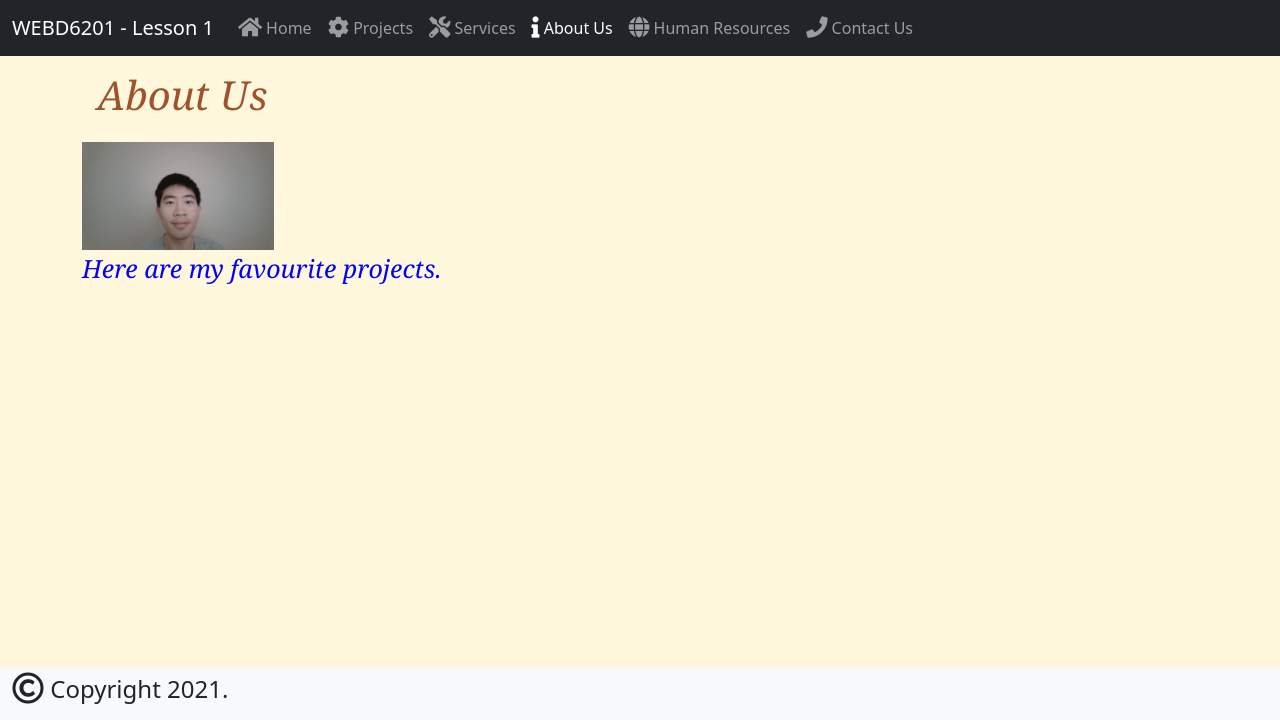
Repository: YiuWingLau/WEBD6201-W2021-Lab1
Page: about.html
The author's editor kept a copy of each file at every save. The page is drawn from the files as they stood at one save, then again after the next save.
The browser window is 1280 px wide. The pictures show the whole page.

Above is the page before, as saved 2021-02-04 15:21:03.

### about.html
<!DOCTYPE html>
<html lang="en">
<head>
    <meta charset="UTF-8">
    <meta name="viewport" content="width=device-width, initial-scale=1.0">
    <title>About</title>

    <!--CSS Section -->
    <link rel="stylesheet" href="./node_modules/bootstrap/dist/css/bootstrap.min.css">
    <link rel="stylesheet" href="./node_modules/@fortawesome//fontawesome-free/css/all.min.css">
    <link rel="stylesheet" href="./Content/app.css">
</head>
<body>
    <!-- Main Header-->
    <header>
      <!-- Main Navigation-->
      <nav class="navbar navbar-expand-lg navbar-dark bg-dark">
          <div class="container-fluid">
            <a class="navbar-brand" href="index.html">WEBD6201 - Lesson 1</a>
            <button class="navbar-toggler" type="button" data-bs-toggle="collapse" data-bs-target="#navbarSupportedContent" aria-controls="navbarSupportedContent" aria-expanded="false" aria-label="Toggle navigation">
              <span class="navbar-toggler-icon"></span>
            </button>
            <div class="collapse navbar-collapse" id="navbarSupportedContent">
              <ul class="navbar-nav me-auto mb-2 mb-lg-0">

                <li id="navBarIndex" class="nav-item">
                  <a class="nav-link" aria-current="page" href="index.html"><i class="fas fa-home fa-lg"></i> Home</a>
                </li>

                <li id="navBarProjects" class="nav-item">
                  <a class="nav-link" aria-current="page" href="products.html"><i class="fas fa-cog fa-lg"></i> Products</a>
                </li>

                <li id="navBarServices" class="nav-item">
                  <a class="nav-link" aria-current="page" href="services.html"><i class="fas fa-tools fa-lg"></i> Services</a>
                </li>

                <li id="navBarAboutUs" class="nav-item">
                  <a class="nav-link active" aria-current="page" href="about.html"><i class="fas fa-info fa-lg"></i> About Us</a>
                </li>

                <li id="navBarContactUs" class="nav-item">
                  <a class="nav-link" aria-current="page" href="contact.html"><i class="fas fa-phone fa-lg"></i> Contact Us</a>
                </li>

              </ul>
            </div>
          </div>
      </nav>
    </header>

    <!-- Main Content -->
    <main class="container">
        <h1>About Us</h1>
    </main>

    <!-- Main Footer -->
    <footer>
        <nav class="navbar fixed-bottom navbar-light bg-light">
            <div class="container-fluid">
              <h4><i class="far fa-copyright fa-lg"></i> Copyright 2021.</a></h4>
            </div>
        </nav>
    </footer>
    <!-- JavaScript Section -->
    <script src="./node_modules/jquery/dist/jquery.min.js"></script>
    <script src="./node_modules/bootstrap/dist/js/bootstrap.bundle.min.js"></script>
    <script src="./Scripts/app.js"></script>
</body>
</html>

### Content/app.css
h1 {
    padding: 15px;
    color: sienna;
    font-family: Cambria, Cochin, Georgia, Times, 'Times New Roman', serif;
    font-style: italic;
}

p {
    color: blue;
    font-family:Cambria, Cochin, Georgia, Times, 'Times New Roman', serif;
    font-style: italic;
    font-size: 25px;
    text-align: justify;
}

body {
    background-color: cornsilk;
}

#homePicture {
    width: 1000px;
    height: 600px;
}

### Scripts/app.js
/* custom JavaScript goes here */

//IIFE - Immediately Invoked Function Expression
//AKA - Anonymous Self-Executing Function
//Closure - limits scope leak

"use strict";

(function()
{
    function displayHome()
    {
        let myhomebackground = document.createElement("img");
        myhomebackground.setAttribute("id", "homePicture");
        myhomebackground.setAttribute("src", "./images/homepagebackground.jpg");
        myhomebackground.setAttribute("alt", "Computer Programmer");

        // Step 1. document.createElement
        let newParagraph = document.createElement("p");
        // Step 2. configure the element
        newParagraph.setAttribute("id", "paragraphTwo");
        newParagraph.textContent = "I'm welcome everyone to visit my site";
        // Step 3. select the parent element
        let mainContent = document.getElementsByTagName("main")[0];
        mainContent.appendChild(myhomebackground);
        // Step 4. Add / Insert the element
        mainContent.appendChild(newParagraph);
        //newParagraph.className = "fs-6";
    }

    function displayAbout()
    {
        //create new element Human Resources
        let myPicture = document.createElement("img");
        myPicture.setAttribute("id", "myImage");
        myPicture.setAttribute("src", "./images/img_me.jpg");
        myPicture.setAttribute("alt", "Nelson Lau");
        myPicture.setAttribute("width", "192");
        myPicture.setAttribute("height", "108");

        // Step 1. document.createElement
        let ParagraphOne = document.createElement("p");
        // Step 2. configure the element
        ParagraphOne.setAttribute("id", "myIntroduction");
        ParagraphOne.textContent = "Here are my favourite projects.";
        // Step 3. select the parent element
        let mainContent = document.getElementsByTagName("main")[0];
        mainContent.appendChild(myPicture);
        // Step 4. Add / Insert the element
        mainContent.appendChild(ParagraphOne);
        ParagraphOne.className = "fs-lg";

    }

    function displayProjects()
    {
        // Step 1. document.createElement
        let newParagraph = document.createElement("p");
        // Step 2. configure the element
        newParagraph.setAttribute("id", "myprojects");
        newParagraph.textContent = "Here are my famourite projects.";
        // Step 3. select the parent element
        let mainContent = document.getElementsByTagName("main")[0];
        // Step 4. Add / Insert the element
        mainContent.appendChild(newParagraph);
        newParagraph.className = "fs-12";
    }

    function displayHumanResources()
    {

    }

    function displayServices()
    {

        // another way of injecting content
        let paragraphDiv = document.createElement("div");
        let paragraphThree = `<p id="paragraphThree" class="fs-7 fw-bold">And this is the Third Paragraph</p>`;
        paragraphDiv.innerHTML = paragraphThree;

        // insertions

        // example of inserting before a node
        // newParagraph.before(paragraphDiv);

        // example of inserting after a node
        newParagraph.after(paragraphDiv);

        // deletions

        // example of removing a single element
        //paragraphOneElement.remove();

        // example of removeChild
       // mainContent.removeChild(paragraphOneElement);
        // update / modification
        //mainContent.firstElementChild.textContent = "Welcome Home!";
    }

    function displayContact()
    {
        let messageArea = document.getElementById("messageArea");
        messageArea.hidden = true;

        // form validation
        let fullName = document.getElementById("fullName");
        fullName.addEventListener("blur", function() {
            if(fullName.value.length < 2)
            {
                fullName.focus();
                fullName.select();
                messageArea.hidden = false;
                messageArea.className = "alert alert-danger";
                messageArea.textContent = "Please enter an appropriate Name";
            }
            else
            {
                messageArea.removeAttribute("class");
                messageArea.hidden = true;
            }
        });

        let sendButton = document.getElementById("sendButton");
        sendButton.addEventListener("click", function(event){
            //event.preventDefault();

            let contact = new Contact(fullName.value, contactNumber.value, emailAddress.value);

            if(contact.serialize())
            {
              localStorage.setItem((localStorage.length + 1).toString(), contact.serialize());
            }

        });
    }

    function displayContactList()
    {
      if (localStorage.length > 0)
      {
        let contactList = document.getElementById("contactList");

        let data = "";

        for (let index = 0; index < localStorage.length; index++)
        {
          let contactData = localStorage.getItem((index + 1).toString());

          let contact = new Contact();
          contact.deserialize(contactData);

          data += `<tr>
          <th scope="row">${index + 1}</th>
          <td>${contact.FullName}</td>
          <td>${contact.ContactNumber}</td>
          <td>${contact.EmailAddress}</td>
        </tr>`;
        }

        contactList.innerHTML = data;
      }
    }

    // function to correct the wrong link and text content in navigation bar
    function changeNavBarName()
    {
        let navName = document.getElementById("navBarProjects");
        navName.innerHTML = `<a class='nav-link' aria-current='page' href='projects.html'><i class="fas fa-cog fa-lg"></i> Projects</a>`;
    }

    // function to add Human Resource element to Nav Bar between About Us and Contact Us
    function addNewNavBarElement()
    {
        //create new element Human Resources
        let newListElement = document.createElement("li");
        newListElement.setAttribute("id", "navBarHumanResources");
        newListElement.setAttribute("class", "nav-item");
        newListElement.innerHTML = `<a class='nav-link' aria-current='page' href='Human-Resources.html'><i class="fas fa-globe fa-lg"></i> Human Resources</a>`;
        // append new element after About Us
        let aboutUsListElement = document.getElementById("navBarAboutUs");
        aboutUsListElement.after(newListElement);
    }

    function Start()
    {
        console.log("App Started...");

        changeNavBarName();

        addNewNavBarElement();

        switch (document.title)
        {
          case "Home":
              displayHome();
            break;
          case "About":
              displayAbout();
            break;
          case "Projects":
              displayProjects();
            break;
          case "Human Resources":
              displayHumanResources();
            break;
          case "Services":
              displayServices();
            break;
          case "Contact":
              displayContact();
            break;
          case "Contact-List":
            displayContactList();
          break;
        }

    }

    window.addEventListener("load", Start);

})();

Loaded but not shown: node_modules/bootstrap/dist/css/bootstrap.min.css (library); node_modules/@fortawesome/fontawesome-free/css/all.min.css (library); node_modules/jquery/dist/jquery.min.js (library); node_modules/bootstrap/dist/js/bootstrap.bundle.min.js (library)

After the next save:
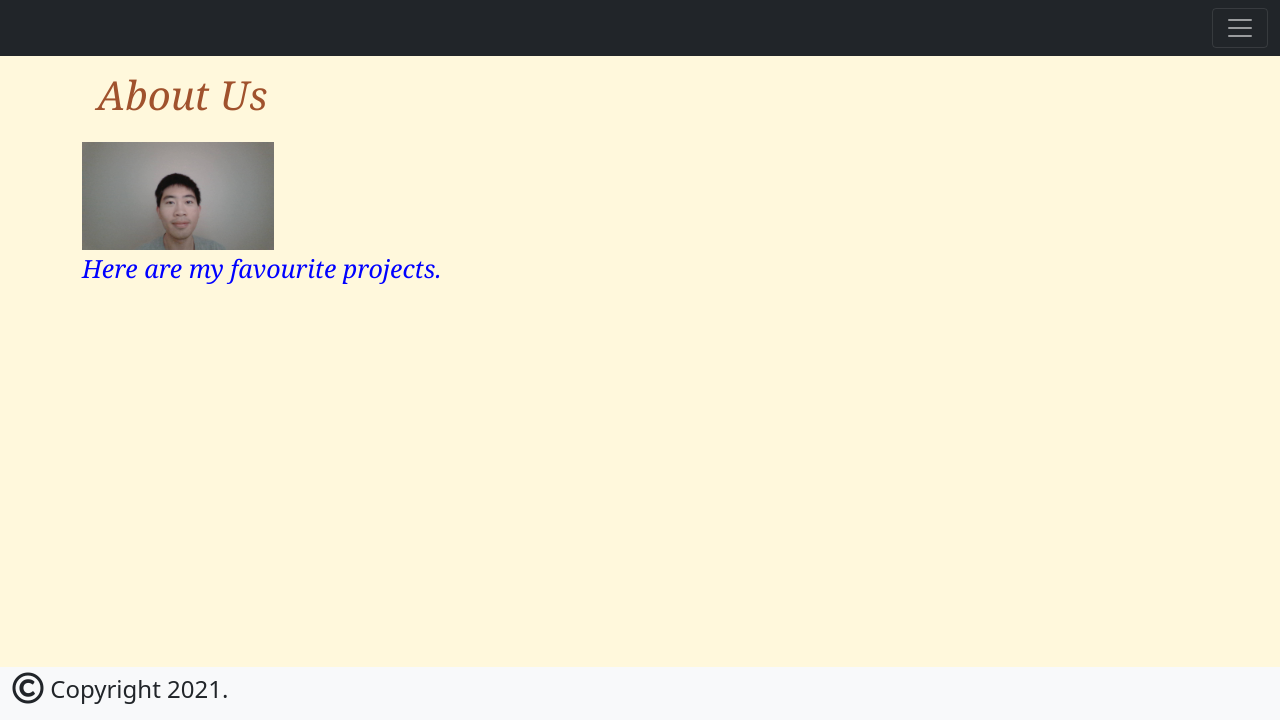
Saved 9 s later.
--- a/about.html
+++ b/about.html
@@ -14,9 +14,9 @@
     <!-- Main Header-->
     <header>
       <!-- Main Navigation-->
-      <nav class="navbar navbar-expand-lg navbar-dark bg-dark">
+      <nav class="navbar navbar-expand-rg navbar-dark bg-dark">
           <div class="container-fluid">
-            <a class="navbar-brand" href="index.html">WEBD6201 - Lesson 1</a>
+            <a class="navbar-brand" href="index.html"></a>
             <button class="navbar-toggler" type="button" data-bs-toggle="collapse" data-bs-target="#navbarSupportedContent" aria-controls="navbarSupportedContent" aria-expanded="false" aria-label="Toggle navigation">
               <span class="navbar-toggler-icon"></span>
             </button>
